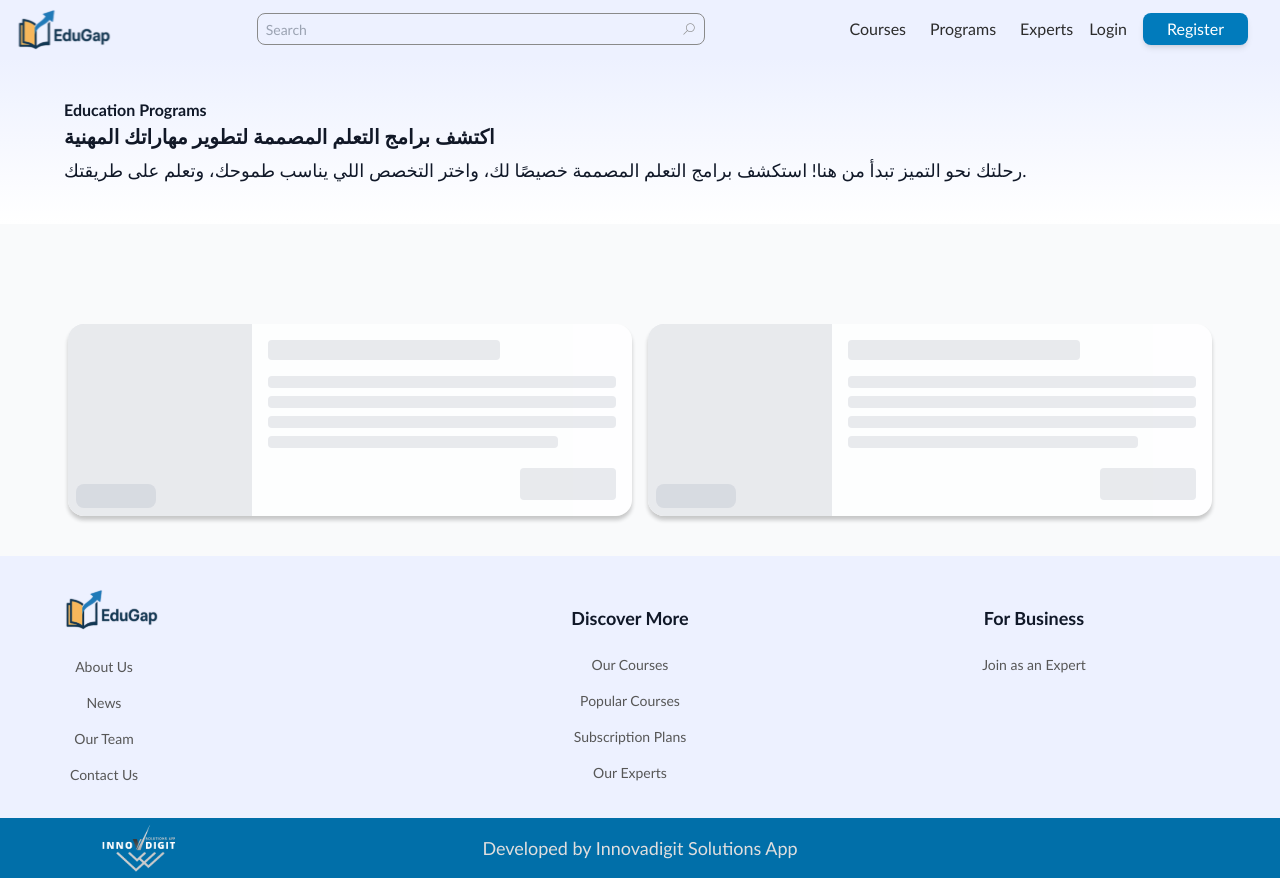
Repository: Yehyv/EduGap-Project
Page: /programs-list
The author's editor kept a copy of each file at every save. The page is drawn from the files as they stood at one save, then again after the next save.
The browser window is 1280 px wide. The pictures show the whole page.
The page's requests for data from a server got no answer. The project was rebuilt for these pictures with package versions that can differ from the ones it lists, and the page was loaded fresh each time. Some packages were replaced by stand-ins written for this rebuild. No one was signed in, and anything a server would have sent is missing. Also part of the build but not shown: vite.config.ts, src/features/auth/services/authApi.ts, src/shared/utils/AppSwal.tsx, src/shared/utils/ShowMessagesAlert.tsx, src/features/auth/hooks/useLogin.ts, src/features/auth/components/LoginForm.tsx, src/features/auth/index.ts, src/shared/hooks/useClickOutside.ts and 75 more.

Above is the page before, as saved 2025-09-30 15:04:51.

### index.html
<!doctype html>
<html lang="en">

<head>
  <meta charset="UTF-8" />
  <meta name="viewport" content="width=device-width, initial-scale=1.0" />
  <link rel="icon" type="image/svg+xml" href="/favicon.svg" />
  <link rel="icon" type="image/png" href="/favicon-96x96.png" sizes="96x96" />
  <link rel="icon" type="image/svg+xml" href="/favicon.svg" />
  <link rel="shortcut icon" href="/favicon.ico" />
  <link rel="apple-touch-icon" sizes="180x180" href="/apple-touch-icon.png" />
  <link rel="manifest" href="/site.webmanifest" />
  <title>EduGap</title>
</head>

<body>
  <div id="root"></div>
  <script type="module" src="/src/main.tsx"></script>
</body>

</html>

### src/main.tsx
import { createRoot } from "react-dom/client";
import { BrowserRouter } from "react-router-dom";
import "./index.css";
import AppRoutes from "./routes/AppRoutes.tsx";
import "slick-carousel/slick/slick.css";
import "slick-carousel/slick/slick-theme.css";
import { AuthProvider } from "./features/auth/context/AuthContext.tsx";
import { QueryClient, QueryClientProvider } from "@tanstack/react-query";
import { ReactQueryDevtools } from "@tanstack/react-query-devtools";
import { LanguageProvider } from "./shared/localization/LanguageProvider.tsx";
import HtmlDirection from "./shared/utils/HtmlDirections.tsx";

const queryClient = new QueryClient();

createRoot(document.getElementById("root")!).render(
  <QueryClientProvider client={queryClient}>
    <BrowserRouter>
      <LanguageProvider>
        <HtmlDirection>
          <AuthProvider>
            <AppRoutes />
            {import.meta.env.DEV && (
              <ReactQueryDevtools initialIsOpen={false} />
            )}
          </AuthProvider>
        </HtmlDirection>
      </LanguageProvider>
    </BrowserRouter>
  </QueryClientProvider>
);

### src/features/auth/context/AuthContext.tsx
import { createContext, useContext, useState } from "react";
import type { AuthContextType } from "../auth.types";

const AuthContext = createContext<AuthContextType | undefined>(undefined);

export const AuthProvider = ({ children }: { children: React.ReactNode }) => {
  const [token, setToken] = useState<string | null>(
    localStorage.getItem("token")
  );

  const login = (newToken: string) => {
    localStorage.setItem("token", newToken);
    setToken(newToken);
  };
  const saveRefreshToken = (refreshToken: string) => {
    localStorage.setItem("refresh-token", refreshToken);
  };

  const logout = () => {
    localStorage.removeItem("token");
    setToken(null);
  };

  return (
    <AuthContext.Provider value={{ token, login, logout, saveRefreshToken }}>
      {children}
    </AuthContext.Provider>
  );
};

export const useAuth = () => {
  const ctx = useContext(AuthContext);
  if (!ctx) {
    throw new Error("useAuth must be used inside AuthProvider");
  }
  return ctx;
};

### src/shared/localization/LanguageProvider.tsx
import { useState, useEffect } from "react";
import translations from "./translations";
import { LanguageContext } from "./LanguageContext";
import type { Language, TranslationKeys } from "./LanguageContext";

export const LanguageProvider = ({
  children,
}: {
  children: React.ReactNode;
}) => {
  const [lang, setLangState] = useState<Language>(() => {
    const saved = localStorage.getItem("lang") as Language | null;
    if (saved) return saved;
    if (navigator.language.startsWith("ar")) return "ar";
    return "en";
  });

  useEffect(() => {
    localStorage.setItem("lang", lang);
    document.body.dir = lang === "ar" ? "rtl" : "ltr";
    document.body.lang = lang;
  }, [lang]);

  const t = (key: TranslationKeys) => translations[lang][key];

  const setLang = (newLang: Language) => {
    setLangState(newLang);
  };

  return (
    <LanguageContext.Provider value={{ lang, setLang, t }}>
      {children}
    </LanguageContext.Provider>
  );
};

### src/shared/utils/HtmlDirections.tsx
import { useEffect } from "react";
import { useLanguage } from "../localization/useLanguage";

const HtmlDirection = ({ children }: { children: React.ReactNode }) => {
  const { lang } = useLanguage();

  useEffect(() => {
    document.body.dir = lang === "ar" ? "rtl" : "ltr";
    document.body.lang = lang;
  }, [lang]);

  return <>{children}</>;
};

export default HtmlDirection;

### src/assets/fonts/fonts.css
@font-face {
  font-family: "Rubik";
  src: url("./Rubik-Regular.woff2") format("woff2");
  font-weight: 400;
  font-style: normal;
}

@font-face {
  font-family: "Rubik";
  src: url("./Rubik-Medium.woff2") format("woff2");
  font-weight: 500;
  font-style: normal;
}

@font-face {
  font-family: "Rubik";
  src: url("./Rubik-Bold.woff2") format("woff2");
  font-weight: 700;
  font-style: normal;
}

### src/layouts/MainLayout/MainLayouts.tsx
import { Outlet } from "react-router-dom";
import { Header, InnovaFooter, Footer } from "@/shared/components";

const MainLayout = () => {
  return (
    <div className="min-h-screen flex flex-col bg-gray-50">
      <Header />
      {/* Main Content */}
      <main className="flex-1 grid grid-cols-1 gap-10 ">{<Outlet />}</main>
      <div>
        <Footer />
        <InnovaFooter />
      </div>
    </div>
  );
};

export default MainLayout;

### src/pages/ProgramsList.tsx
import SectionTitle from "@/shared/components/SectionTitle";
import type { ProgramsResponse } from "@/shared/types/sharedTypes";
import { useQuery } from "@tanstack/react-query";
import ErrorMessage from "@/shared/components/ErrorMessage";
import ScrollToTop from "@/shared/utils/ScrollToTop";
import CustomPagination from "@/shared/utils/CustomPagination";
import { useLanguage } from "@/shared/localization/useLanguage";
import { useSearchParams } from "react-router-dom";
import ProgramsSectionCardSkeleton from "@/shared/components/ui/ProgramsSectionCardSkeleton";
import ProgramsSectionCard from "@/shared/components/EduGap/ProgramsSectionCard";
import { RESULTS_PER_PAGE } from "@/shared/utils/globals";
import { getAllEducationsList } from "@/features/GuestHome/services/GuestHomeApi";

const GuestPopularCoursesPage = () => {
  const { t } = useLanguage();
  const [searchParams, setSearchParams] = useSearchParams();
  const page = Number(searchParams.get("page")) || 1;

  const { data, isLoading, error } = useQuery<ProgramsResponse>({
    queryKey: ["getGuestProgramsList", page],
    queryFn: () => getAllEducationsList(page.toString(), RESULTS_PER_PAGE),
  });

  const handlePageChange = (newPage: number) => {
    setSearchParams({ page: newPage.toString() });
  };

  if (error) return <ErrorMessage message={error?.message} />;

  return (
    <>
      <div className="bg-gradient-to-b from-primary to-[white] py-10">
        <div className="container">
          <h5 className="font-bold">{t("programs_title")}</h5>
          <h4 className="text-xl">
            اكتشف برامج التعلم المصممة لتطوير مهاراتك المهنية
          </h4>
          <p className="text-lg">
            رحلتك نحو التميز تبدأ من هنا! استكشف برامج التعلم المصممة خصيصًا لك،
            واختر التخصص اللي يناسب طموحك، وتعلم على طريقتك.
          </p>
        </div>
      </div>
      <div className="mb-5 mt-10 container">
        <ScrollToTop />

        {isLoading ? (
          <div className="grid grid-cols-1 sm:grid-cols-2 gap-2">
            {Array.from({ length: 2 }).map((_, idx) => (
              <ProgramsSectionCardSkeleton key={idx} />
            ))}
          </div>
        ) : data?.formattedPrograms?.length === 0 ? (
          <div className="flex justify-center items-center py-10">
            <p className="text-gray-500 text-lg font-medium">
              {t("no_data_available") ?? "لا يوجد بيانات متاحة"}
            </p>
          </div>
        ) : (
          <>
            <div className="grid grid-cols-1 sm:grid-cols-2 gap-4">
              {data?.formattedPrograms?.map((d, index) => (
                <ProgramsSectionCard key={index} data={d} />
              ))}
            </div>
            <CustomPagination
              currentPage={data?.pagination.page ?? 1}
              onPageChange={handlePageChange}
              totalPages={data?.pagination.totalPages ?? 1}
            />
          </>
        )}
      </div>
    </>
  );
};

export default GuestPopularCoursesPage;

### src/shared/localization/LanguageContext.tsx
import { createContext } from "react";
import translations from "./translations";

export type Language = keyof typeof translations;
export type TranslationKeys = keyof (typeof translations)["en"];

export type LanguageContextType = {
  lang: Language;
  setLang: (lang: Language) => void;
  t: (key: TranslationKeys) => string;
};

export const LanguageContext = createContext<LanguageContextType | undefined>(
  undefined
);

### src/shared/localization/useLanguage.ts
import { useContext } from "react";
import { LanguageContext } from "./LanguageContext";

export const useLanguage = () => {
  const context = useContext(LanguageContext);
  if (!context) {
    throw new Error("useLanguage must be used within LanguageProvider");
  }
  return context;
};

### src/shared/components/index.ts
export { default as Header } from "./Header";
export { default as InnovaFooter } from "./InnovaFooter";
export { default as Footer } from "./Footer";
export { default as Loader } from "./Loader";
export { default as GradientButton } from "./ui/GradientButton";
export { default as LightButton } from "./ui/LightButton";
export { default as TextField } from "./forms/TextField";
export { default as NotFoundLottie } from "./NotFoundLottie";

### src/features/GuestHome/services/GuestHomeApi.ts
import api from "@/shared/services/axios";
import type {
  ApiResponse,
  CoursesResponse,
  CourseType,
  ExpertsResponse,
  ProgramsResponse,
  ProgramsType,
} from "@/shared/types/sharedTypes";

export async function getPopularCoursesForSlider(): Promise<CourseType[]> {
  const res = await api.get<ApiResponse<CourseType[]>>("/contents/first-8");
  return res.data.data;
}
export async function getSavedCoursesForSlider(): Promise<CourseType[]> {
  const res = await api.get<ApiResponse<CourseType[]>>(
    "/saved-contents/user/first-8"
  );
  return res.data.data;
}
export async function getAllPopularCourses(
  page: string,
  limit: number
): Promise<CoursesResponse> {
  const res = await api.get<ApiResponse<CoursesResponse>>("/contents", {
    params: { page, limit },
  });
  return res.data.data;
}

export async function getAllSavedContents(
  page: string,
  limit: number
): Promise<CoursesResponse> {
  const res = await api.get<ApiResponse<CoursesResponse>>(
    "/saved-contents/user",
    {
      params: { page, limit },
    }
  );
  return res.data.data;
}

export async function getEducationProgramsForSlider(): Promise<ProgramsType[]> {
  const res = await api.get<ApiResponse<ProgramsType[]>>("/programs/first-8");
  return res.data.data;
}

export async function getAllEducationsList(
  page: string,
  limit: number
): Promise<ProgramsResponse> {
  const res = await api.get<ApiResponse<ProgramsResponse>>("/programs", {
    params: { page, limit },
  });
  return res.data.data;
}

export async function getAllExpertsList(
  page: string,
  limit: number
): Promise<ExpertsResponse> {
  const res = await api.get<ApiResponse<ExpertsResponse>>("/educators", {
    params: {
      page,
      limit,
    },
  });
  return res.data.data;
}

### src/shared/utils/globals.ts
export const RESULTS_PER_PAGE = 3;

### src/shared/components/ui/ProgramsSectionCardSkeleton.tsx
const ProgramsSectionCardSkeleton = () => {
  return (
    <div className="bg-white flex rounded-2xl shadow-custom overflow-hidden my-5 mx-1 animate-pulse">
      {/* Left image skeleton */}
      <div className="w-1/2 relative bg-gray-200">
        <div className="w-full h-40 bg-gray-200"></div>
        <div className="absolute start-2 bottom-2 bg-gray-300 rounded-lg px-3 py-1 text-sm w-20 h-6"></div>
      </div>

      {/* Right content skeleton */}
      <div className="w-full p-4 flex flex-col">
        {/* Title */}
        <div className="h-5 bg-gray-200 rounded w-2/3 mb-4"></div>
        {/* Description lines */}
        <div className="space-y-2 flex-1">
          <div className="h-3 bg-gray-200 rounded"></div>
          <div className="h-3 bg-gray-200 rounded"></div>
          <div className="h-3 bg-gray-200 rounded"></div>
          <div className="h-3 bg-gray-200 rounded w-5/6"></div>
        </div>
        {/* Button skeleton */}
        <div className="h-8 bg-gray-200 rounded w-24 self-end mt-5"></div>
      </div>
    </div>
  );
};

export default ProgramsSectionCardSkeleton;

### src/shared/components/Header.tsx
import LogoSm from "@/assets/svgs/LogoSm.svg?react";
import NavListIcon from "@/assets/svgs/NavListIcon.svg?react";
import { Link } from "react-router";
import DefaultButton from "./ui/DefaultButton";
import { useState } from "react";
import UserNav from "./UserNav";
import { useLanguage } from "../localization/useLanguage";
import SearchBar from "./ui/SearchBar";

const Header = ({ isLoggedIn = false }: { isLoggedIn?: boolean }) => {
  const { t, lang } = useLanguage();
  const [menuOpen, setMenuOpen] = useState(false);

  return (
    <header
      className={`${
        isLoggedIn ? "bg-white" : "bg-primary"
      } py-2 z-50 sticky start-0 end-0 top-0`}
    >
      <div className="container mx-auto flex items-center justify-between gap-4 px-4">
        {/* Logo */}
        <Link to={"/userHome"}>
          <LogoSm className="w-24 cursor-pointer" />
        </Link>

        {/* Desktop Search */}
        <SearchBar
          placeholder={t("search_placeholder")}
          lang={lang}
          className="sm:max-w-md mx-auto max-md:hidden"
        />

        {/* Desktop Nav */}
        <nav className="hidden md:flex gap-6">
          <Link to="/">{t("nav_courses")}</Link>
          <Link to="/">{t("nav_programs")}</Link>
          <Link to="/">{t("nav_experts")}</Link>
        </nav>

        {/* Not Auth */}
        {!isLoggedIn && (
          <div className="hidden md:flex gap-4 items-center">
            <Link to="/login">{t("auth_login")}</Link>
            <DefaultButton
              text={t("auth_register")}
              type="reset"
              moreStyle="px-6 !py-1"
              onClick={() => {}}
            />
          </div>
        )}

        {/* User & Mobile Menu */}
        <div className="flex gap-4">
          {isLoggedIn && <UserNav />}
          <button
            className="md:hidden flex items-center cursor-pointer p-1"
            onClick={() => setMenuOpen(!menuOpen)}
          >
            <NavListIcon className="h-5 w-5" />
          </button>
        </div>
      </div>

      {/* Mobile Menu */}
      {menuOpen && (
        <div
          className="md:hidden bg-white shadow-md px-4 mt-2 pt-4 pb-6 space-y-4"
          dir={lang === "ar" ? "rtl" : "ltr"}
        >
          <nav className="flex flex-col gap-3">
            <Link to="/">{t("nav_courses")}</Link>
            <Link to="/">{t("nav_programs")}</Link>
            <Link to="/">{t("nav_experts")}</Link>
          </nav>
          {!isLoggedIn && <Link to="/login">{t("auth_login")}</Link>}
          <div className="flex justify-between mt-4 gap-2">
            {!isLoggedIn && (
              <DefaultButton
                text={t("auth_register")}
                type="reset"
                moreStyle="w-[150px] !py-1"
                onClick={() => {}}
              />
            )}
          </div>
        </div>
      )}

      {/* Mobile Search */}
      <div className="mx-4 md:hidden mt-3">
        <SearchBar
          placeholder={t("search_placeholder")}
          lang={lang}
          className="max-w-md mx-auto"
        />
      </div>
    </header>
  );
};

export default Header;

### src/shared/components/InnovaFooter.tsx
import InnovaLogo from "@/assets/svgs/InnovaLogo.svg?react";
import { useLanguage } from "../localization/useLanguage";
const InnovaFooter = () => {
  const { t } = useLanguage();
  return (
    <footer className="text-[#E0DEDE] text-lg bg-[#016FA9] max-md:text-sm  text-center center items-center relative min-h-[60px]">
      <InnovaLogo className="h-[50px] max-sm:h-[35px] absolute max-sm:static left-20 max-md:left-0" />
      <div className="max-sm:mx-2">
        {" "}
        {t("footer_by_company")} Innovadigit Solutions App{" "}
      </div>
    </footer>
  );
};

export default InnovaFooter;

### src/shared/components/ui/DefaultButton.tsx
type defaultButtonPropsTypes = {
  text: string | React.ReactNode;
  type: "submit" | "reset" | "button" | undefined;
  moreStyle?: string;
  onClick: () => void;
  disabled?: boolean;
};
const DefaultButton = ({
  text,
  type,
  moreStyle,
  onClick,
  disabled,
}: defaultButtonPropsTypes) => {
  return (
    <button
      disabled={disabled}
      onClick={onClick}
      type={type}
      className={`${moreStyle} bg-gradient-to-r cursor-pointer bg-secondary text-white  px-4 py-2 rounded-lg shadow-md hover:to-secondary-dark transition`}
    >
      {text}
    </button>
  );
};

export default DefaultButton;

### src/shared/services/axios.ts
import axios from "axios";

const api = axios.create({
  baseURL: import.meta.env.VITE_BASE_URL,
  headers: {
    "Content-Type": "application/json",
  },
});

// 🔹 Refresh token API call
const refreshAccessToken = async () => {
  try {
    const refreshToken = localStorage.getItem("refresh-token");
    if (!refreshToken) throw new Error("No refresh token found");

    const response = await axios.post(
      `${import.meta.env.VITE_BASE_URL}/auth/refresh`,
      {},
      {
        headers: {
          Authorization: `Bearer ${refreshToken}`,
        },
      }
    );

    const newAccessToken = response.data?.data?.accessToken;
    const newRefreshToken = response.data?.data?.refreshToken;

    if (newAccessToken) {
      localStorage.setItem("token", newAccessToken);
    }
    if (newRefreshToken) {
      localStorage.setItem("refresh-token", newRefreshToken);
    }

    return newAccessToken;
  } catch (err) {
    localStorage.removeItem("token");
    localStorage.removeItem("refresh-token");
    localStorage.removeItem("user");
    processQueue(err, null);
    window.location.href = "/login";
    throw err;
  }
};

// 🔹 Request interceptor
api.interceptors.request.use(
  (config) => {
    const token = localStorage.getItem("token");
    const lang = localStorage.getItem("lang");

    if (token) {
      config.headers.Authorization = `Bearer ${token}`;
    }
    if (lang) {
      config.headers["languageId"] = lang === "en" ? "1" : "2";
    }
    return config;
  },
  (error) => Promise.reject(error)
);

// 🔹 Response interceptor with refresh flow
let isRefreshing = false;
let failedQueue: any[] = [];

const processQueue = (error: any, token: string | null = null) => {
  failedQueue.forEach((prom) => {
    if (error) {
      prom.reject(error);
    } else {
      prom.resolve(token);
    }
  });
  failedQueue = [];
};

api.interceptors.response.use(
  (response) => response,
  async (error) => {
    const originalRequest = error.config;

    // if unauthorized
    if (error.response?.status === 401 && !originalRequest._retry) {
      if (isRefreshing) {
        // wait until refreshing is done
        return new Promise((resolve, reject) => {
          failedQueue.push({ resolve, reject });
        })
          .then((token) => {
            originalRequest.headers.Authorization = `Bearer ${token}`;
            return api(originalRequest);
          })
          .catch((err) => Promise.reject(err));
      }

      originalRequest._retry = true;
      isRefreshing = true;

      try {
        const newToken = await refreshAccessToken();
        processQueue(null, newToken);

        originalRequest.headers.Authorization = `Bearer ${newToken}`;
        return api(originalRequest);
      } catch (err) {
        processQueue(err, null);
        throw err;
      } finally {
        isRefreshing = false;
      }
    }

    return Promise.reject(error);
  }
);

export default api;

### src/shared/components/ui/SearchBar.tsx
import SearchIcon from "@/assets/svgs/SearchIcon.svg?react";

const SearchBar = ({
  placeholder,
  lang,
  className = "",
}: {
  placeholder: string;
  lang: string;
  className?: string;
}) => (
  <div className={`relative text-gray-600 flex-1 ${className}`}>
    <input
      className="border border-[#8A8A8A] w-full h-8 px-2 pr-10 rounded-lg text-sm focus:outline-none"
      type="search"
      name="search"
      placeholder={placeholder}
      dir={lang === "ar" ? "rtl" : "ltr"}
    />
    <button type="submit" className="absolute right-2 top-1/2 -translate-y-1/2">
      <SearchIcon className="w-4 h-4" />
    </button>
  </div>
);

export default SearchBar;

Loaded but not shown: src/shared/utils/ScrollToTop.tsx (common file); src/shared/localization/translations.ts (146 lines, source omitted); src/index.css (201 lines, source omitted); src/shared/components/Footer.tsx (97 lines, source omitted); src/routes/AppRoutes.tsx (89 lines, source omitted)

After the next save:
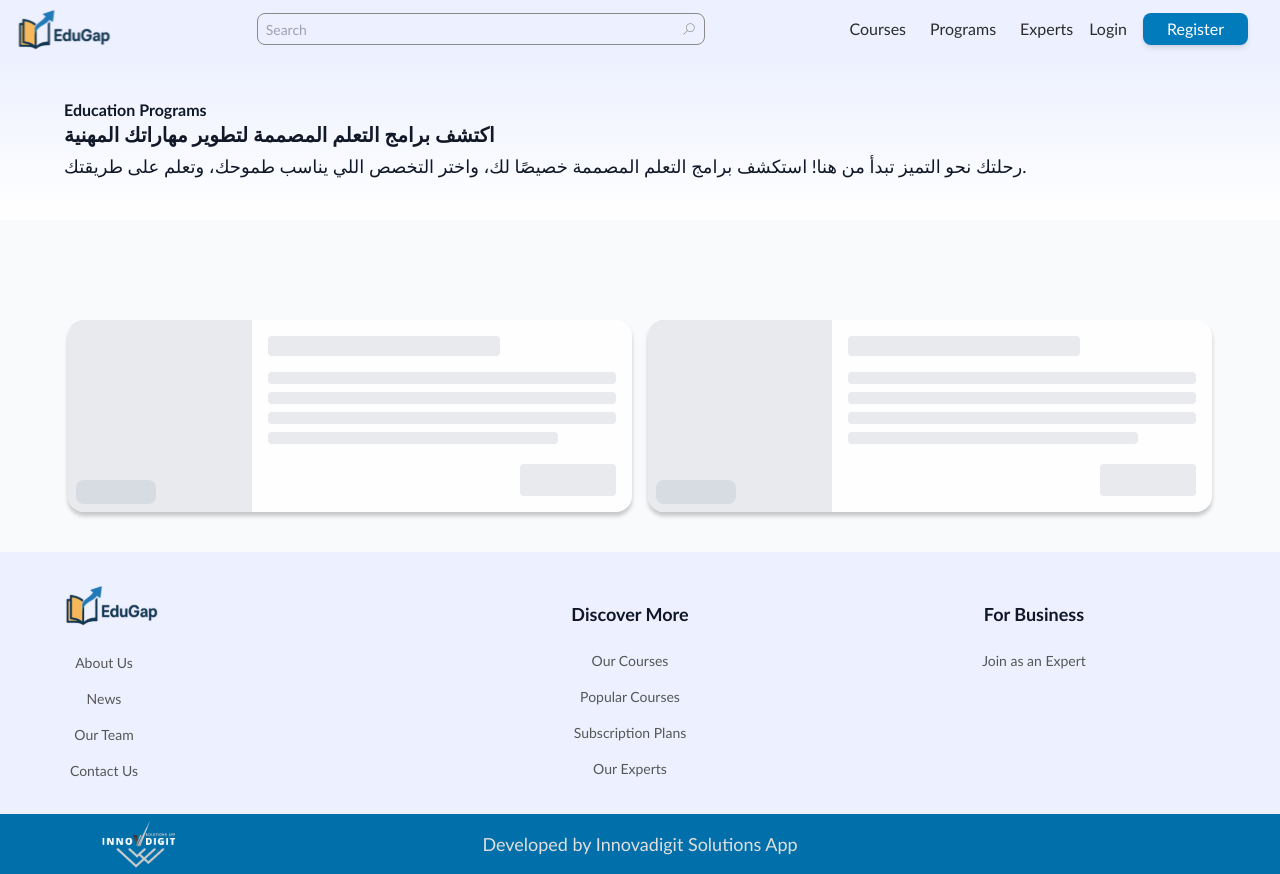
Saved 8 s later.
--- a/src/pages/ProgramsList.tsx
+++ b/src/pages/ProgramsList.tsx
@@ -32,7 +32,7 @@ const GuestPopularCoursesPage = () => {
       <div className="bg-gradient-to-b from-primary to-[white] py-10">
         <div className="container">
           <h5 className="font-bold">{t("programs_title")}</h5>
-          <h4 className="text-xl">
+          <h4 className="font-extrabold">
             اكتشف برامج التعلم المصممة لتطوير مهاراتك المهنية
           </h4>
           <p className="text-lg">
